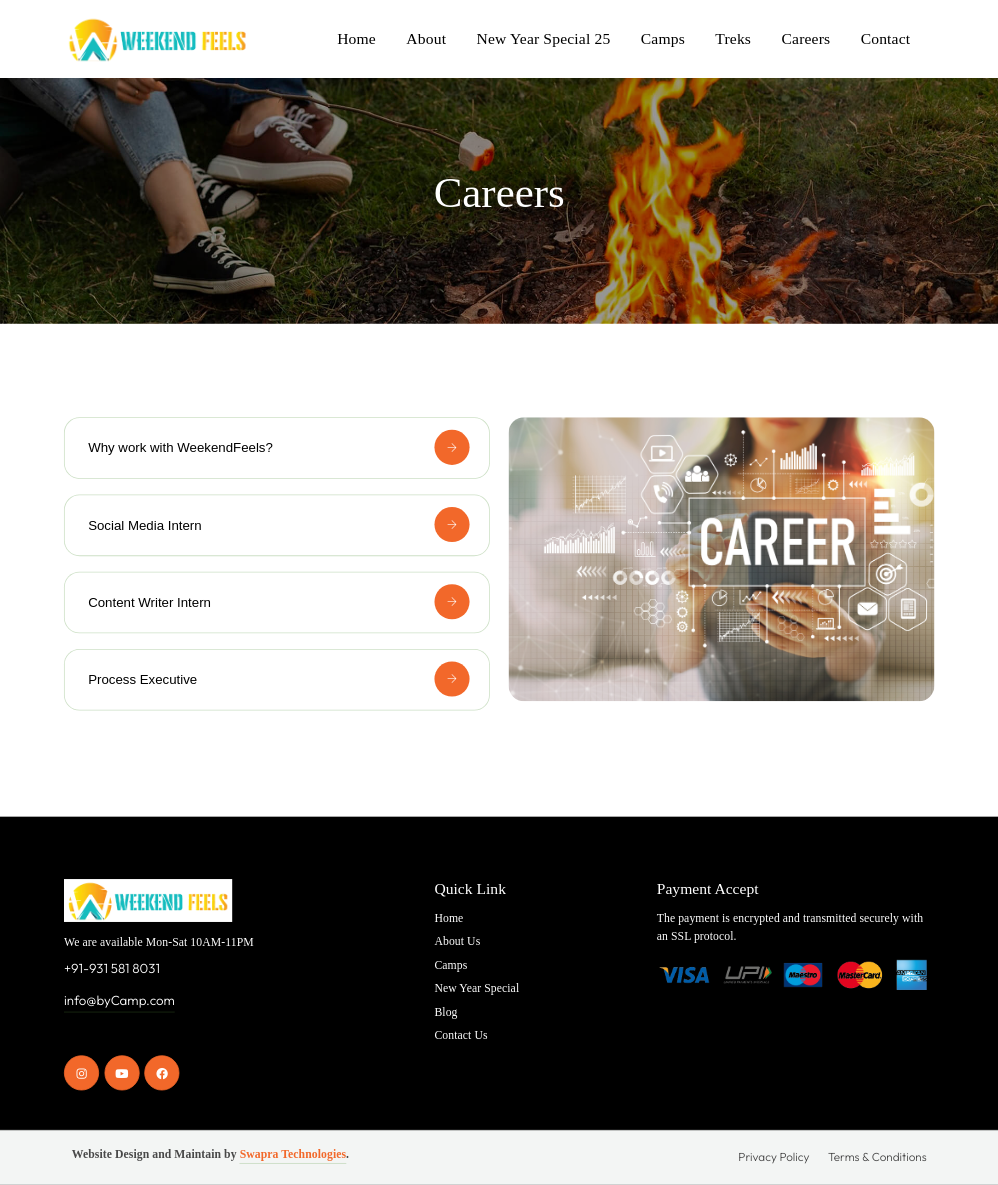
Repository: ruturajsurwase/Thymleaf-Projects
Page: http://localhost/career
An editor plug-in stored every save of this project. The page is shown before and after the next save, followed by the edit.
The browser window is 1280 px wide. The pictures show the whole page, at 78% of full size.
Backgrounds fixed to the window are drawn as part of the page. Some web fonts or font styles are not loaded; a fallback is used. The page is this project's Thymeleaf template; nobody is signed in. The template is opened directly, without the code that normally fills it, so the values that code supplies are empty.

Above is the page before, as saved 2024-12-16 09:10:29.

After the next save:
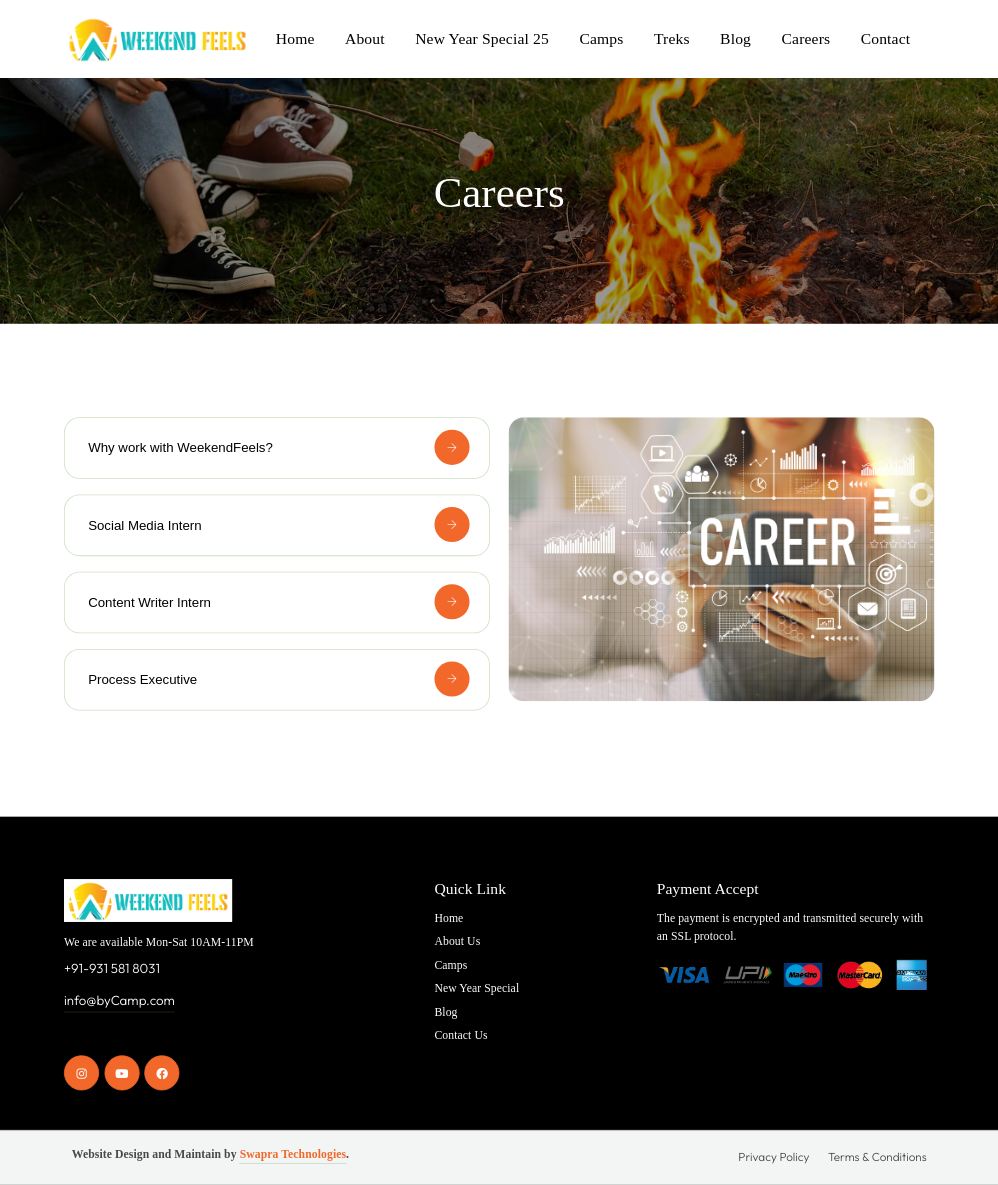
Saved 28 s later.
--- a/WEEKENDFEELS/src/main/resources/templates/career.html
+++ b/WEEKENDFEELS/src/main/resources/templates/career.html
@@ -52,7 +52,7 @@
                     <li class="nav-item"><a class="nav-link" href="/newyear">New Year Special 25</a></li>
                     <li class="nav-item"><a class="nav-link" href="/camp">Camps</a></li>
                     <li class="nav-item"><a class="nav-link" href="/trek">Treks</a></li>
-				  <!--   <li class="nav-item"><a class="nav-link" href="/blog">Blog</a></li> -->
+				  	<li class="nav-item"><a class="nav-link" href="/blog">Blog</a></li>
                     <li class="nav-item"><a class="nav-link" href="/career">Careers</a></li>
                     <li class="nav-item"><a class="nav-link" href="/contact">Contact</a></li>
 
